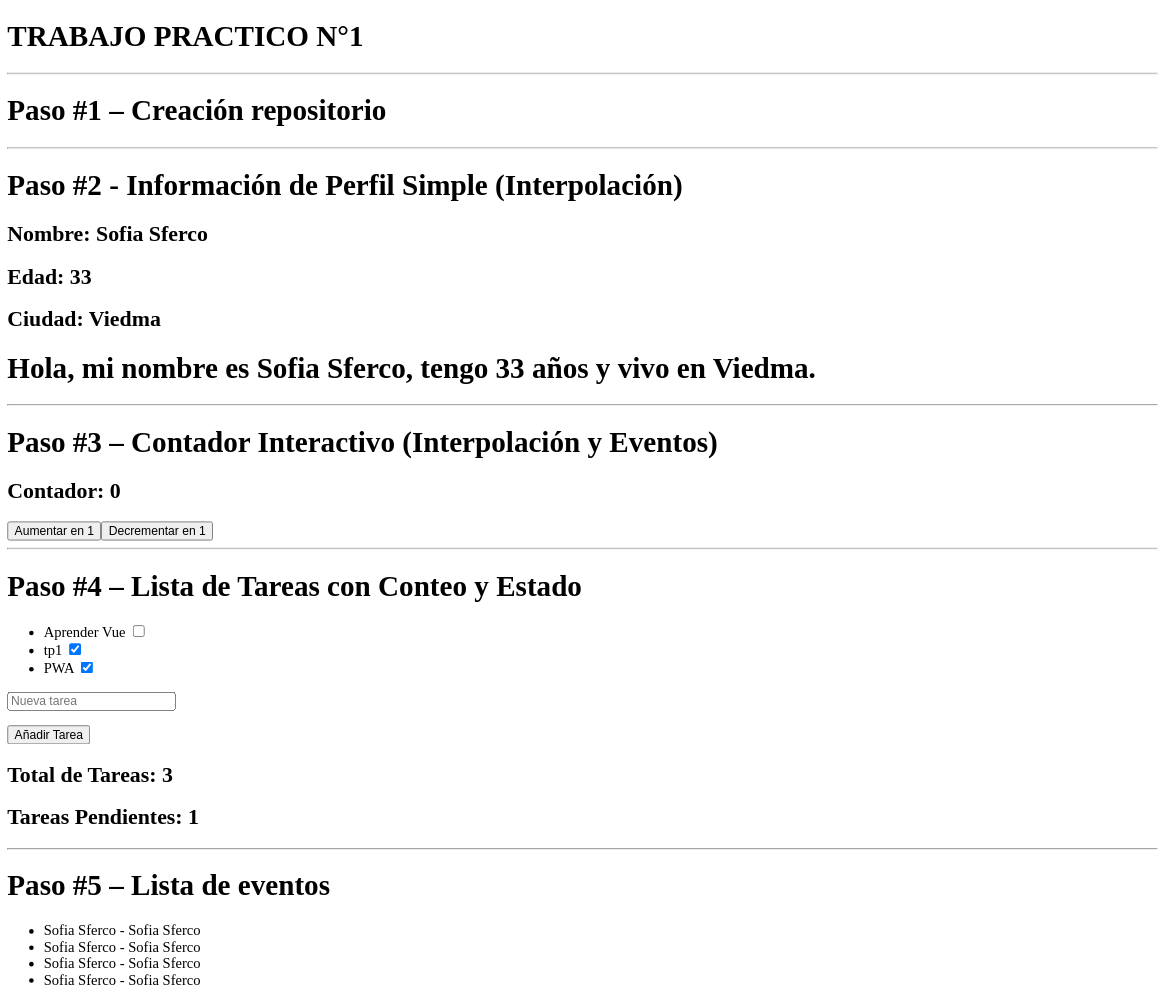
Repository: SofiaSferco/PWA-2026
Page: practico01/index.html
An editor plug-in stored every save of this project. The page is shown before and after the next save, followed by the edit.
The browser window is 1280 px wide. The pictures show the whole page, at 91% of full size.

Above is the page before, as saved 2026-09-10 03:16:46.

After the next save:
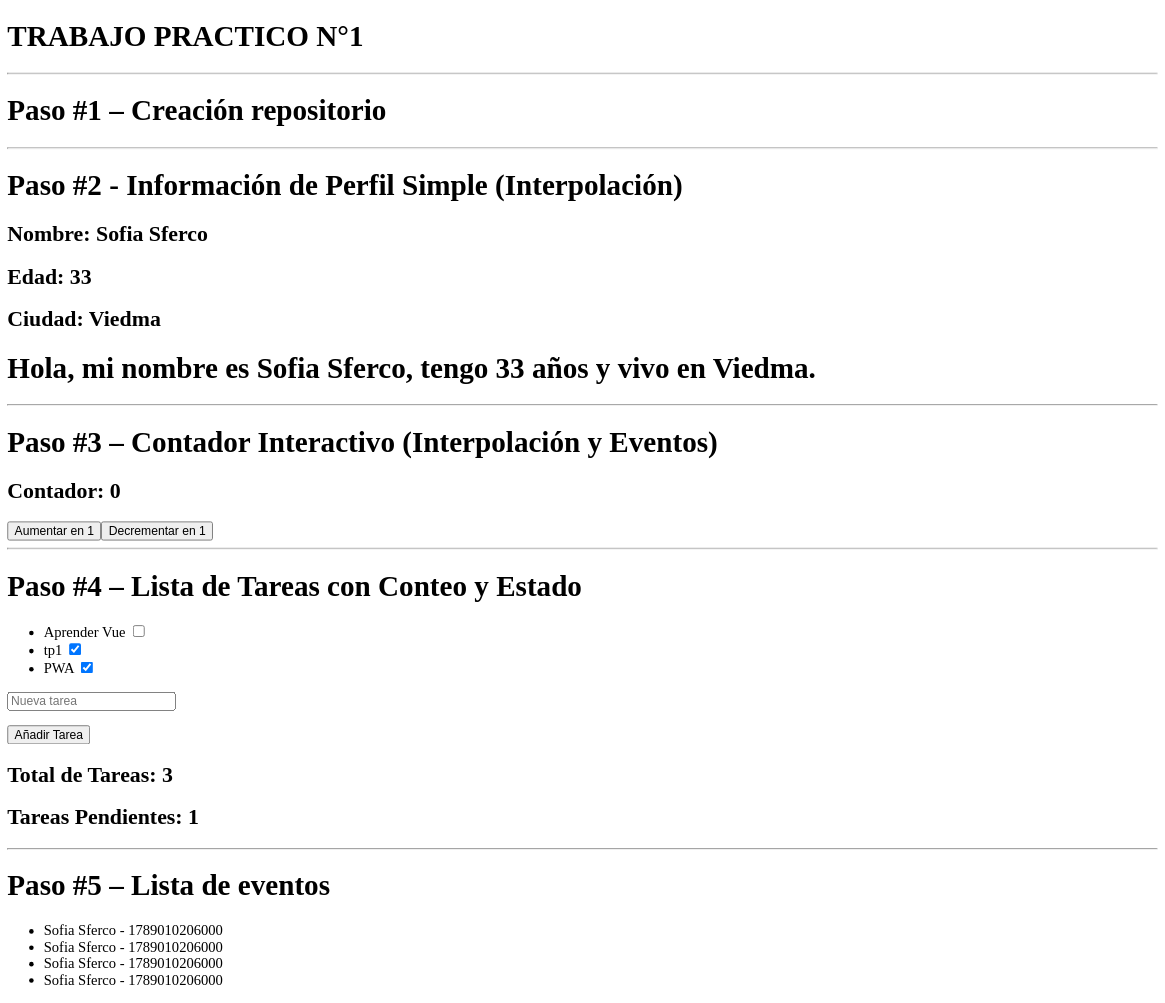
Saved 6 s later.
--- a/practico01/index.html
+++ b/practico01/index.html
@@ -40,7 +40,7 @@
         <h1>Paso #5 – Lista de eventos</h1>
         <ul>
             <li v-for="evento in listaeventos" :key="evento.id">
-                {{evento.nombre}} - {{evento.nombre}}
+                {{evento.nombre}} - {{evento.timestamp}}
             </li>
         </ul>
 
